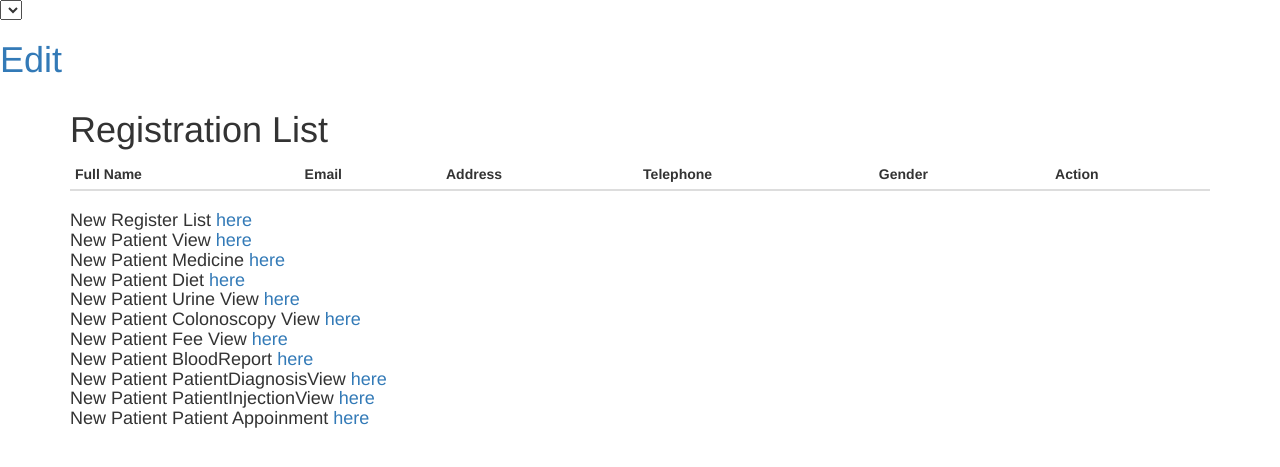
Repository: SACHINnANYAKKARA/2nd_Year_final_Project
Page: http://localhost/SpringMVCHibernateCRUD/WEB-INF/pages/home.jsp
The author's editor kept a copy of each file at every save. The page is drawn from the files as they stood at one save, then again after the next save.
The browser window is 1280 px wide. The pictures show the whole page.
The page is served by Tomcat 9. Nobody is signed in. The template is opened directly, without the code that normally fills it, so the values that code supplies are empty.

Above is the page before, as saved 2018-04-06 19:39:10.

After the next save:
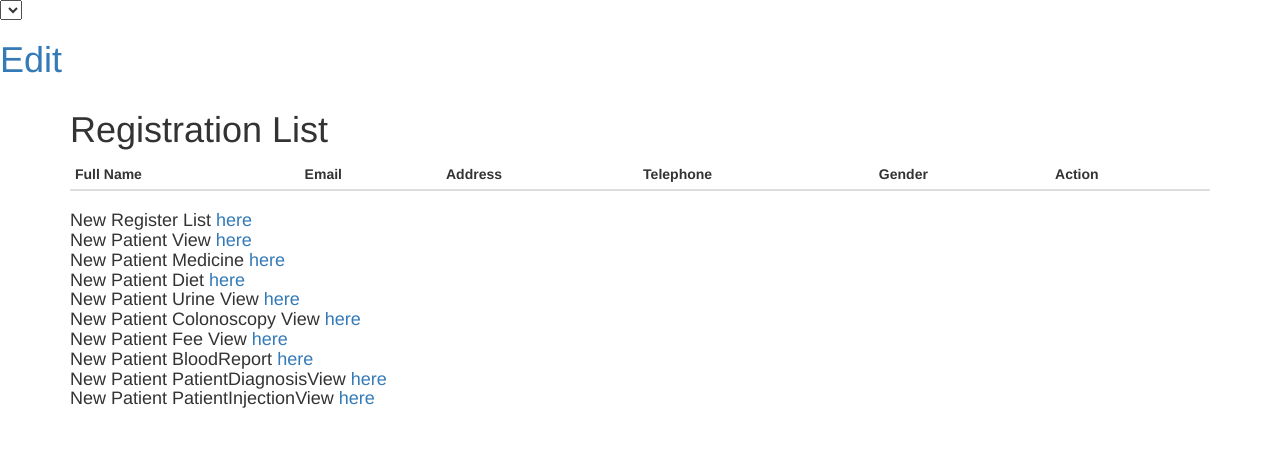
Saved 64 s later.
--- a/SpringMVCHibernateCRUD/src/main/webapp/WEB-INF/pages/home.jsp
+++ b/SpringMVCHibernateCRUD/src/main/webapp/WEB-INF/pages/home.jsp
@@ -79,7 +79,7 @@
 			<br>
 			New Patient PatientInjectionView <a href="PatientInjectionView">here</a>
 			<br>
-			New Patient Patient Appoinment <a href="AppoinmentView">here</a>
+
 
 
 
